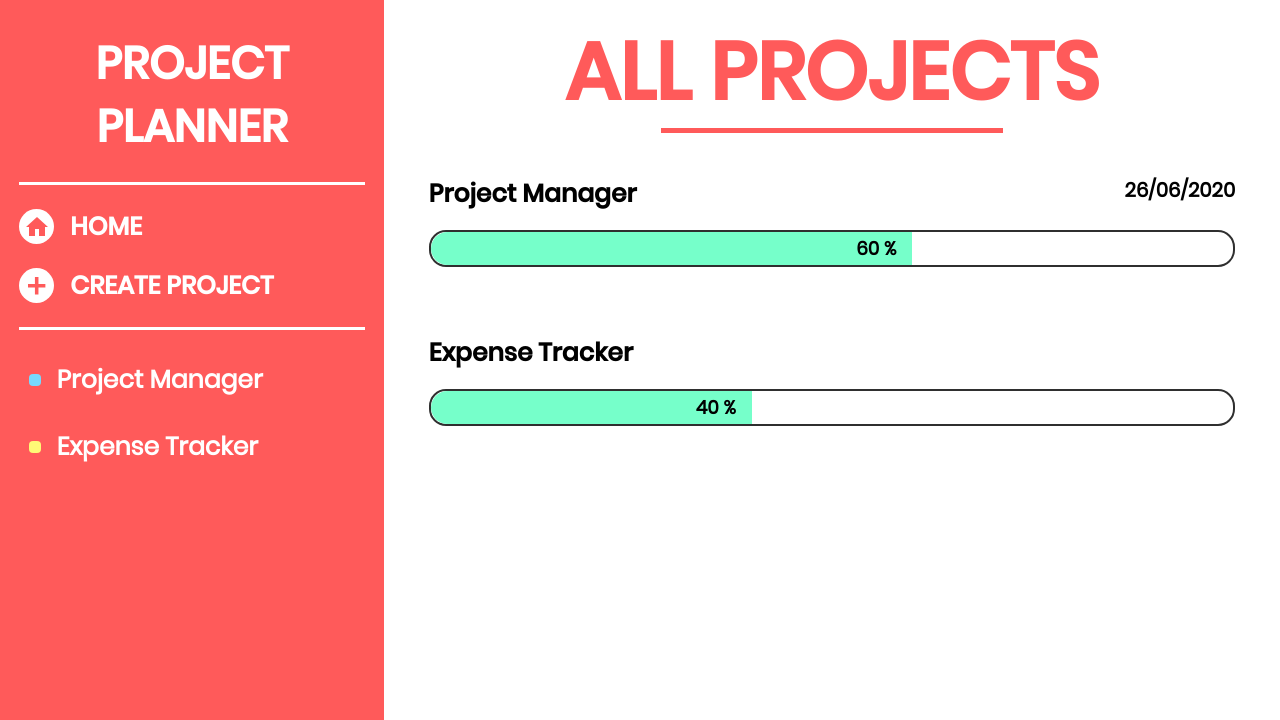
Repository: AzharMoosa/project-manager
Page: /
An editor plug-in stored every save of this project. The page is shown before and after the next save, followed by the edit.
The browser window is 1280 px wide. The pictures show the whole page.
The project was rebuilt for these pictures with package versions that can differ from the ones it lists, and the page was loaded fresh each time.

Above is the page before, as saved 2020-06-22 11:11:08.

### public/index.html
<!DOCTYPE html>
<html lang="en">
  <head>
    <meta charset="utf-8" />
    <link rel="icon" href="%PUBLIC_URL%/favicon.ico" />
    <meta name="viewport" content="width=device-width, initial-scale=1" />
    <meta name="theme-color" content="#000000" />
    <meta
      name="description"
      content="Web site created using create-react-app"
    />
    <link rel="apple-touch-icon" href="%PUBLIC_URL%/logo192.png" />

    <link rel="manifest" href="%PUBLIC_URL%/manifest.json" />

    <title>Project Planner</title>
  </head>
  <body>
    <noscript>You need to enable JavaScript to run this app.</noscript>
    <div id="root"></div>
  </body>
</html>

### src/App.js
import React from "react";
import Sidebar from "./components/sidebar/Siebar";
import Home from "./components/home/Home";
import { ProjectProvider } from "./ProjectContext";

import "./App.css";

function App() {
  return (
    <ProjectProvider>
      <div className='container'>
        <Sidebar />
        <Home />
      </div>
    </ProjectProvider>
  );
}

export default App;

### src/components/sidebar/Siebar.js
import React from "react";
import Header from "./Header";
import ProjectList from "../project-list/ProjectList";

const Siebar = () => {
  return (
    <div className='sidebar'>
      <Header />
      <ProjectList />
    </div>
  );
};

export default Siebar;

### src/components/home/Home.js
import React, { useContext } from "react";
import ProgectProgress from "./ProgectProgress";
import { ProjectContext } from "../../ProjectContext";

const Home = () => {
  // eslint-disable-next-line
  const [projects, setProjects] = useContext(ProjectContext);

  return (
    <div className='home'>
      <h1 className='home-title'>ALL PROJECTS</h1>
      {projects.map((project) => (
        <ProgectProgress
          name={project.name}
          date={project.date}
          progress={project.progress}
          key={project.id}
        />
      ))}
    </div>
  );
};

export default Home;

### src/ProjectContext.js
import React, { useState, createContext } from "react";

export const ProjectContext = createContext();

export const ProjectProvider = (props) => {
  const [projects, setProjects] = useState([
    {
      name: "Project Manager",
      overview:
        "A project management application which allows you to plan personal projects and track its progress.  Create detail plans of projects before developing projects.",
      tools: ["HTML", "CSS", "JAVASCRIPT", "REACT"],
      progress: 60,
      tasks: [
        "Create Project Plans",
        "Todo List for Each Project",
        "Track Progress",
        "Priority List",
        "Choose Tools In Each Project",
        "Clean And Simple Design",
        "Use REACT",
      ],
      color: "blue",
      date: "26/06/2020",
      id: 28392,
    },

    {
      name: "Expense Tracker",
      overview:
        "A expense tracker application which allows you to budget and track your savings.  Track what expenses you have",
      tools: ["HTML", "CSS", "JAVASCRIPT", "REACT"],
      progress: 40,
      tasks: [
        "Expenses In And Out",
        "Current Balance",
        "Highest Money Out",
        "Clean And Simple Design",
        "Use REACT",
      ],
      color: "yellow",
      date: "",
      id: 2032,
    },
  ]);

  return (
    <ProjectContext.Provider value={[projects, setProjects]}>
      {props.children}
    </ProjectContext.Provider>
  );
};

### src/App.css
:root {
  --red: #ff5a5a;
  --green: #76ffca;
  --blue: #76daff;
  --yellow: #fffa76;
  --purple: #ab76ff;
}

/* CSS RESET */

* {
  margin: 0;
  padding: 0;
  box-sizing: border-box;
}

/* Fonts */

@font-face {
  font-family: "Poppins-Med";
  src: url("./fonts/Poppins-Medium.ttf");
}

@font-face {
  font-family: "Poppins-Reg";
  src: url("./fonts/Poppins-Regular.ttf");
}

/* Body */

body {
  font-family: "Poppins-Reg";
  line-height: 1.4;
}

/* Utilities */

/* Bullet Points */

.project-side:before,
.blue:before,
.yellow:before,
.green:before,
.purple:before {
  content: " ";
  height: 12px;
  width: 12px;
  margin-right: 1rem;
  border-radius: 4px;
}

.blue:before {
  background-color: var(--blue);
}

.yellow:before {
  background-color: var(--yellow);
}

.green:before {
  background-color: var(--green);
}

.purple:before {
  background-color: var(--purple);
}

/* Container */
.container {
  display: flex;
  overflow: hidden;
}

/* Sidebar */
.sidebar {
  width: 30vw;
  background-color: var(--red);
  height: 100vh;
  color: #fff;
}

.title {
  font-size: 45px;
  font-family: "Poppins-Med";
  text-align: center;
  padding-top: 2rem;
}

.nav-btns::after,
.nav-btns:before {
  content: " ";
  display: block;
  border-bottom: 3px solid #fff;
  width: 100%;
  margin: 1.5rem auto;
}

.nav-btns {
  width: 90%;
  margin: auto;
}

.home-btn,
.create-project-btn {
  display: flex;
  align-items: center;
  margin-top: 1.5rem;
}

.home-btn h3,
.create-project-btn h3 {
  margin-left: 1rem;
  font-family: "Poppins-Med";
  font-size: 25px;
}

.home-btn svg,
.create-project-btn svg {
  cursor: pointer;
}

/* Home */

.home {
  width: 70vw;
  display: flex;
  flex-direction: column;
}

.home-title {
  font-size: 80px;
  font-family: "Poppins-Med";
  color: var(--red);
  text-align: center;
  margin-top: 1rem;
}

.home-title:after {
  content: " ";
  display: block;
  border-bottom: 5px solid var(--red);
  width: 342px;
  margin: 0 auto 1.5rem auto;
}

/* Project Sidebar List */
.project-side {
  width: 85%;
  margin: 2rem auto;
  display: flex;
  align-items: center;
  cursor: pointer;
}

.project-side h3 {
  font-size: 25px;
}

/* Progress Bar */
.progressbar {
  width: 90%;
  background-color: #fff;
  border: 2px solid #2f2f2f;
  border-radius: 17px;
  margin: 0 auto 3rem auto;
}

.progressbar > div {
  background-color: var(--green);
  height: 33px;
  border-radius: 17px 0 0 17px;
}

.progressbar > div h3 {
  display: flex;
  justify-content: flex-end;
  line-height: 1.8;
  margin-right: 1rem;
}

.project-title {
  width: 90%;
  margin: 1.2rem auto;
  display: flex;
  justify-content: space-between;
}

.project-title h3 {
  font-size: 25px;
  font-family: "Poppins-Med";
}

.project-title h4 {
  font-size: 20px;
  font-family: "Poppins-Reg";
}

### src/components/sidebar/Header.js
import React from "react";

const Header = () => {
  return (
    <div>
      <h1 className='title'>PROJECT PLANNER</h1>
      <div className='nav-btns'>
        <div className='home-btn'>
          <svg
            xmlns='http://www.w3.org/2000/svg'
            width='35'
            height='35'
            viewBox='0 0 35 35'
          >
            <g
              id='Home_Btn'
              data-name='Home Btn'
              transform='translate(-139 -182)'
            >
              <circle
                id='Ellipse_1'
                data-name='Ellipse 1'
                cx='17.5'
                cy='17.5'
                r='17.5'
                transform='translate(139 182)'
                fill='#fff'
              />
              <path
                id='icons8-home'
                d='M12,2.1,1,12H4v9h6V14h4v7h6V12h3Z'
                transform='translate(145 187.9)'
                fill='#ff5a5a'
              />
            </g>
          </svg>
          <h3>HOME</h3>
        </div>

        <div className='create-project-btn'>
          <svg
            xmlns='http://www.w3.org/2000/svg'
            width='35'
            height='35'
            viewBox='0 0 35 35'
          >
            <g id='Group_6' data-name='Group 6' transform='translate(-50 -242)'>
              <circle
                id='Ellipse_2'
                data-name='Ellipse 2'
                cx='17.5'
                cy='17.5'
                r='17.5'
                transform='translate(50 242)'
                fill='#fff'
              />
              <path
                id='icons8-plus'
                d='M8.922,2V8.922H2v1.538H8.922v6.922h1.538V10.461h6.922V8.922H10.461V2Z'
                transform='translate(58 250)'
                fill='#ff5a5a'
                stroke='#ff5a5a'
                strokeWidth='2'
                fillRule='evenodd'
              />
            </g>
          </svg>
          <h3>CREATE PROJECT</h3>
        </div>
      </div>
    </div>
  );
};

export default Header;

### src/components/project-list/ProjectList.js
import React, { useContext } from "react";
import { ProjectContext } from "../../ProjectContext";
import ProjectSide from "./ProjectSide";

const ProjectList = () => {
  // eslint-disable-next-line
  const [projects, setProjects] = useContext(ProjectContext);

  return (
    <div>
      {projects.map((project) => (
        <ProjectSide
          name={project.name}
          color={project.color}
          key={project.id}
        />
      ))}
    </div>
  );
};

export default ProjectList;

### src/components/home/ProgectProgress.js
import React from "react";
import ProgressBar from "./ProgressBar";

const ProgectProgress = ({ name, date, progress }) => {
  return (
    <div className='project-progress'>
      <div className='project-title'>
        <h3>{name}</h3>
        <h4>{date}</h4>
      </div>
      <ProgressBar progress={progress} />
    </div>
  );
};

export default ProgectProgress;

### src/components/project-list/ProjectSide.js
import React from "react";

const Project = ({ name, color }) => {
  return (
    <div className={`project-side ${color}`}>
      <h3>{name}</h3>
    </div>
  );
};

export default Project;

### src/components/home/ProgressBar.js
import React from "react";

const ProgressBar = ({ progress }) => {
  return (
    <div className='progressbar'>
      <div style={{ width: `${progress}%` }}>
        <h3>{progress} %</h3>
      </div>
    </div>
  );
};

export default ProgressBar;

Loaded but not shown: src/index.js (common file)

After the next save:
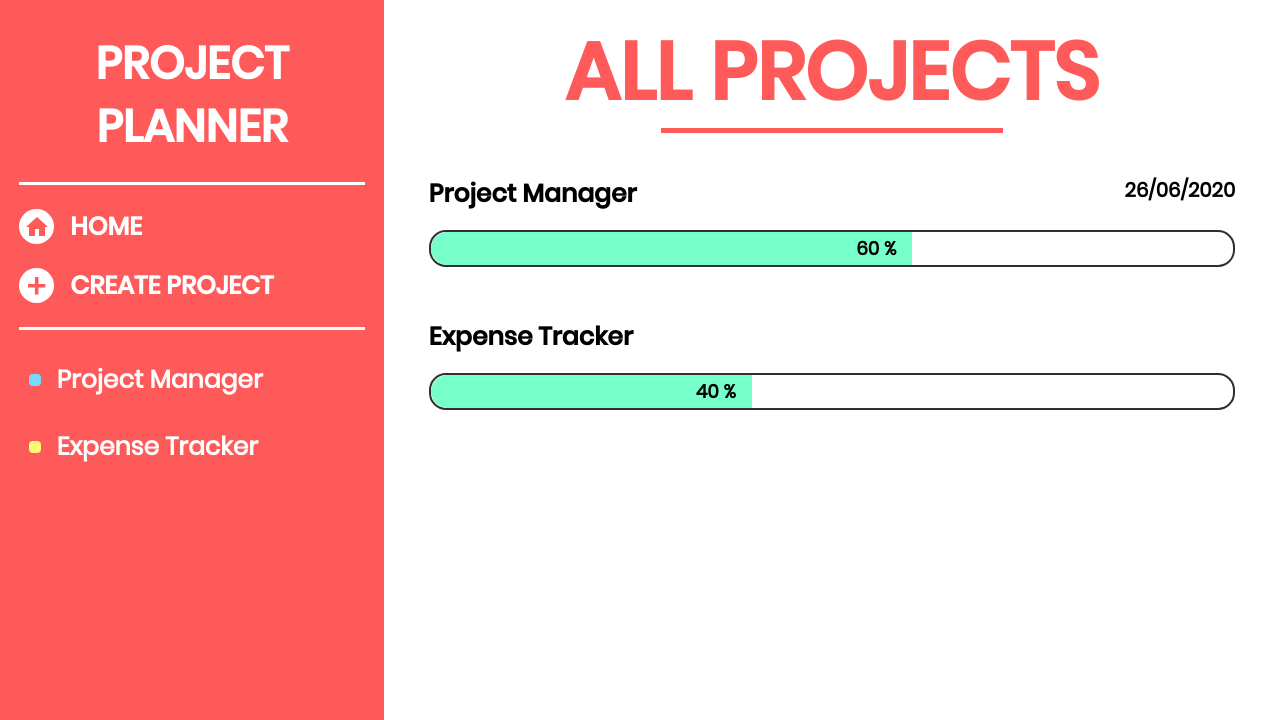
Saved 4 s later.
--- a/src/App.css
+++ b/src/App.css
@@ -162,7 +162,7 @@ body {
   background-color: #fff;
   border: 2px solid #2f2f2f;
   border-radius: 17px;
-  margin: 0 auto 3rem auto;
+  margin: 0 auto 2rem auto;
 }
 
 .progressbar > div {
